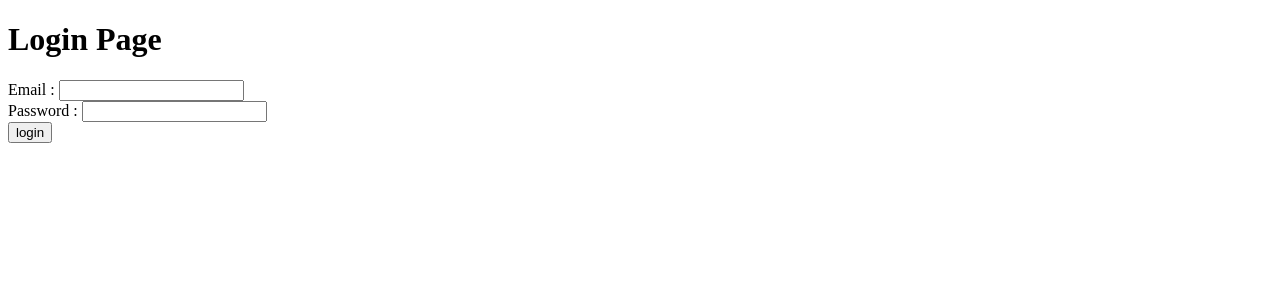
Repository: dhalfks/jsp
Page: http://localhost/jsp_project/member/login.jsp
The author's editor kept a copy of each file at every save. The page is drawn from the files as they stood at one save, then again after the next save.
The browser window is 1280 px wide. The pictures show the whole page.
The page is served by Tomcat 9. Other server files are loaded and not shown.

Above is the page before, as saved 2022-08-29 08:07:58.

### _jsp2_workspace(board+mamber)/jsp_project/src/main/webapp/member/login.jsp
<%@ page language="java" contentType="text/html; charset=UTF-8"
    pageEncoding="UTF-8"%>
<%@ taglib uri="http://java.sun.com/jsp/jstl/core" prefix="c"%>
<!DOCTYPE html>
<html>
<head>
<meta charset="UTF-8">
<title>Insert title here</title>
</head>
<body>
<h1>Login Page</h1>
<form action="/mem/login_auth" method="post">
	Email : <input type="email" name="email"><br>
	Password : <input type="password" name="pwd"><br>
	<button type="submit">login</button>
</form>
</body>
</html>

After the next save:
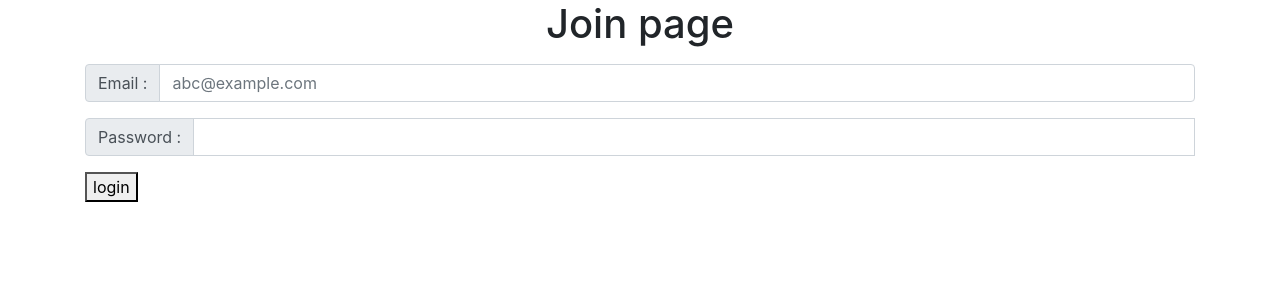
Saved 103 s later.
--- a/_jsp2_workspace(board+mamber)/jsp_project/src/main/webapp/member/login.jsp
+++ b/_jsp2_workspace(board+mamber)/jsp_project/src/main/webapp/member/login.jsp
@@ -2,6 +2,42 @@
     pageEncoding="UTF-8"%>
 <%@ taglib uri="http://java.sun.com/jsp/jstl/core" prefix="c"%>
 <!DOCTYPE html>
+<html lang="en">
+<head>
+  <title>Bootstrap Example</title>
+  <meta charset="utf-8">
+  <meta name="viewport" content="width=device-width, initial-scale=1">
+  <link rel="stylesheet" href="https://cdn.jsdelivr.net/npm/bootstrap@4.6.1/dist/css/bootstrap.min.css">
+  <script src="https://cdn.jsdelivr.net/npm/jquery@3.6.0/dist/jquery.slim.min.js"></script>
+  <script src="https://cdn.jsdelivr.net/npm/popper.js@1.16.1/dist/umd/popper.min.js"></script>
+  <script src="https://cdn.jsdelivr.net/npm/bootstrap@4.6.1/dist/js/bootstrap.bundle.min.js"></script>
+</head>
+<body>
+
+	<h1 align="center">Join page</h1>
+	<div class="container mt-3">
+	<form action="/mem/login_auth" method="post">
+
+
+    <div class="input-group mb-3">
+    <div class="input-group-prepend">
+      <span class="input-group-text">Email : </span>
+    </div>
+    <input type="email" name="email" class="form-control" placeholder="abc@example.com">
+  </div>
+    <div class="input-group mb-3">
+    <div class="input-group-prepend">
+      <span class="input-group-text">Password : </span>
+    </div>
+   <input type="password" name="pwd" class="form-control"><br>
+
+  </div>
+  <button type="submit">login</button>
+</form>
+</div>
+</body>
+</html>
+<!-- <!DOCTYPE html>
 <html>
 <head>
 <meta charset="UTF-8">
@@ -15,4 +51,4 @@
 	<button type="submit">login</button>
 </form>
 </body>
-</html>
+</html> -->
